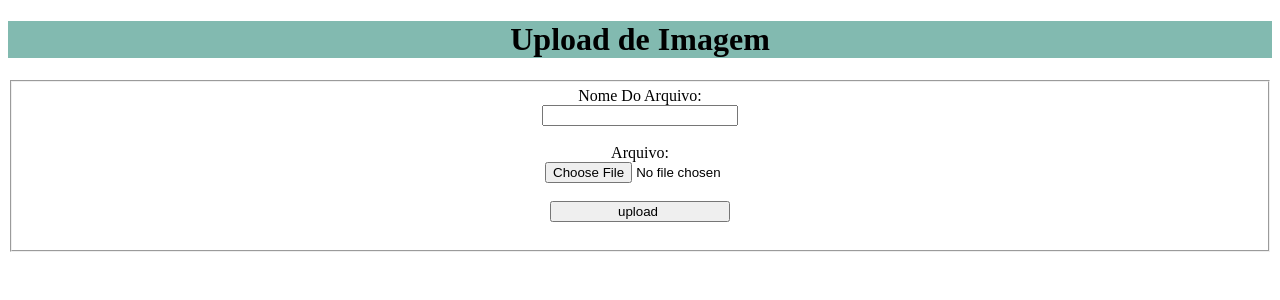
Repository: ThaysaM/upload-de-imagem-java-web
Page: http://localhost/projetoSelecao_Servelet/
These files come from the project's save history. The page is drawn as it stood at one moment and after the next save; the edit follows.
The browser window is 1280 px wide. The pictures show the whole page.
The page is served by Tomcat 9.

Above is the page before, as saved 2020-09-13 16:49:32.

### projetoSelecao Servelet/WebContent/index.jsp
<%@ page language="java" contentType="text/html; charset=ISO-8859-1"
    pageEncoding="ISO-8859-1"%>
<!DOCTYPE html PUBLIC "-//W3C//DTD HTML 4.01 Transitional//EN" "http://www.w3.org/TR/html4/loose.dtd">
<html>
<head>
	<meta http-equiv="Content-Type" content="text/html; charset=ISO-8859-1">
	<title>Upload de Imagem</title>

	<style type="text/css">
		input{
			width: 180px;
			padding-right: 10px;
		}

		h1{
			background-color: #82bab0;

		}
	</style>

</head>
<body>
	<center>
		<div>
			<h1>Upload de Imagem</h1>
		</div>
		<form action="ProjetoUpload" enctype="multipart/form-data" method="post">
	    	<fieldset>
	    		<div class="row">
		    		<div>
		    			Nome Do Arquivo:<br/>
			        	<input type="text" name="file_name"  width="20px"><br/><br/>
		    		</div>
			    	<div>
			    		Arquivo:<br/>
						<input type="file" name="file2"/><br/><br/>
			    	</div>
					<input type="submit" value="upload" /><br/><br/>
				</div>
			</fieldset>
	     </form>
	           <%
		           	String file_name=(String)request.getParameter("filename");
		           	if(file_name!=null){
		        	   	out.println(file_name+" File uploaded successfuly");

		       %><br>
		       		<img src="http://localhost:8080/arquivo_upload/<%=file_name%>">
		       <%

	           		}
	           %>

	</center>

</body>
</html>

After the next save:
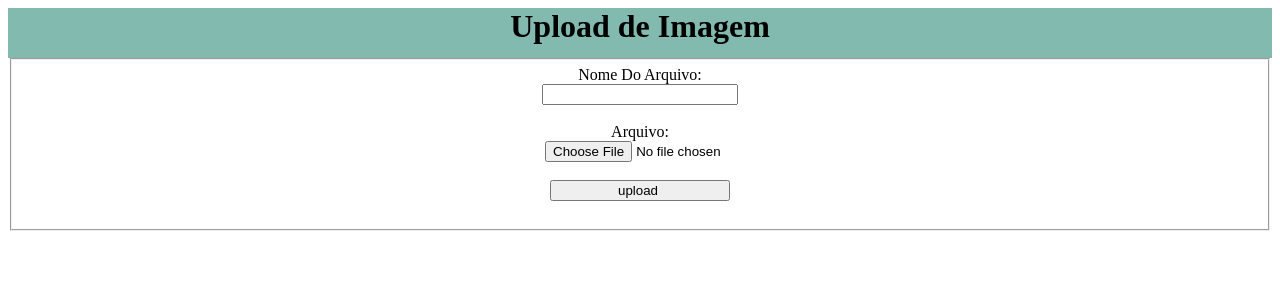
Saved 2 min 44 s later.
--- a/projetoSelecao Servelet/WebContent/index.jsp
+++ b/projetoSelecao Servelet/WebContent/index.jsp
@@ -14,6 +14,8 @@
 
 		h1{
 			background-color: #82bab0;
+			margin: auto;
+    		height: 50px;
 
 		}
 	</style>
